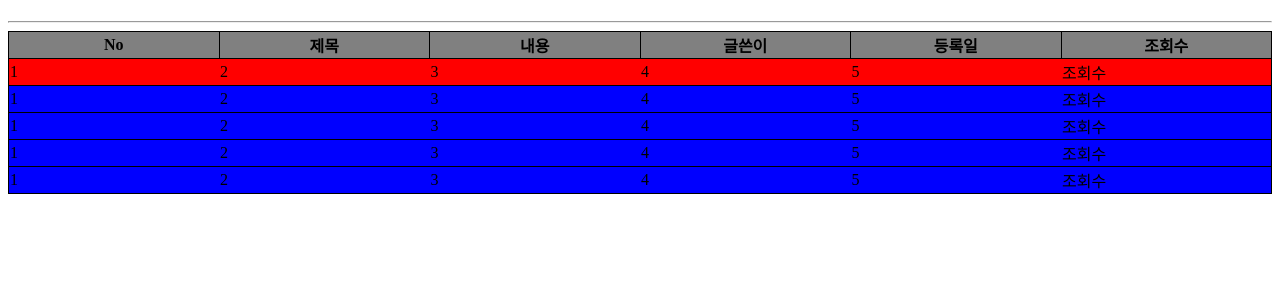
Repository: jeonghyunseok/GMSUI
Page: GMSUI/WebContent/board/board_list.html
These files come from the project's save history. The page is drawn as it stood at one moment and after the next save; the edit follows.
The browser window is 1280 px wide. The pictures show the whole page.

Above is the page before, as saved 2017-07-19 06:44:53.

### GMSUI/WebContent/board/board_list.html
<!DOCTYPE html>
<html>
<head>
<meta charset="UTF-8">
<title>board_list</title>
</head>
<body>
<h1></h1>
<hr />
<table style="width:  100%; border-collapse: collapse;">
	<tr style="background-color: gray">
		<th style="border: 1px solid black;width: 10%;text-aline:center;">No</th>
		<th style="border: 1px solid black;width: 10%;text-aline:center;">제목</th>
		<th style="border: 1px solid black;width: 10%;text-aline:center;">내용</th>
		<th style="border: 1px solid black;width: 10%;text-aline:center;">글쓴이</th>
		<th style="border: 1px solid black;width: 10%;text-aline:center;">등록일</th>
		<th style="border: 1px solid black;width: 10%;text-aline:center;">조회수</th>
	</tr>
	<tr style="border: 1px solid black;width: 10%;text-aline:center; background-color: red">
		<td >1</td>
		<td >2</td>
		<td >3</td>
		<td >4</td>
		<td >5</td>
		<td >조회수</td>
	</tr>
	<tr style="border: 1px solid black;width: 10%;text-aline:center; background-color: blue">
		<td >1</td>
		<td >2</td>
		<td >3</td>
		<td >4</td>
		<td >5</td>
		<td >조회수</td>

	</tr>
	<tr style="border: 1px solid black;width: 10%;text-aline:center; background-color: blue">
		<td >1</td>
		<td >2</td>
		<td >3</td>
		<td >4</td>
		<td >5</td>
		<td >조회수</td>

	</tr>
	<tr style="border: 1px solid black;width: 10%;text-aline:center; background-color: blue">
		<td >1</td>
		<td >2</td>
		<td >3</td>
		<td >4</td>
		<td >5</td>
		<td >조회수</td>

	</tr>
	<tr style="border: 1px solid black;width: 10%;text-aline:center; background-color: blue">
		<td >1</td>
		<td >2</td>
		<td >3</td>
		<td >4</td>
		<td >5</td>
		<td >조회수</td>

	</tr>
</table>
</body>
</html>

After the next save:
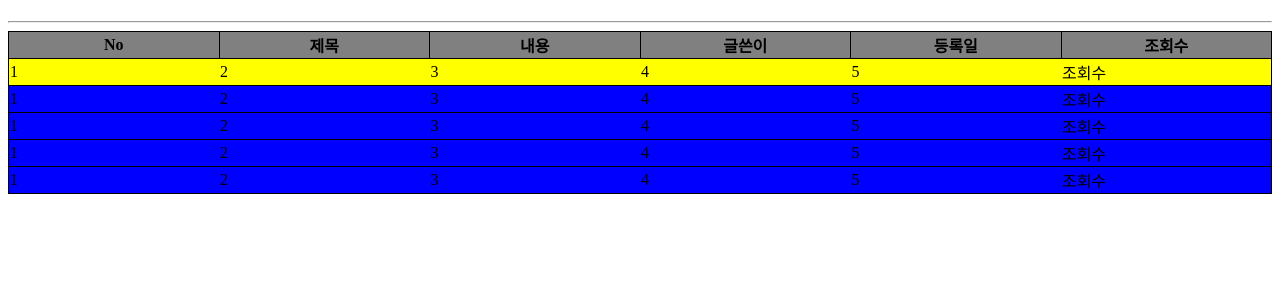
Saved 33 s later.
--- a/GMSUI/WebContent/board/board_list.html
+++ b/GMSUI/WebContent/board/board_list.html
@@ -16,7 +16,7 @@
 		<th style="border: 1px solid black;width: 10%;text-aline:center;">등록일</th>
 		<th style="border: 1px solid black;width: 10%;text-aline:center;">조회수</th>
 	</tr>
-	<tr style="border: 1px solid black;width: 10%;text-aline:center; background-color: red">
+	<tr style="border: 1px solid black;width: 10%;text-aline:center; background-color: yellow">
 		<td >1</td>
 		<td >2</td>
 		<td >3</td>
